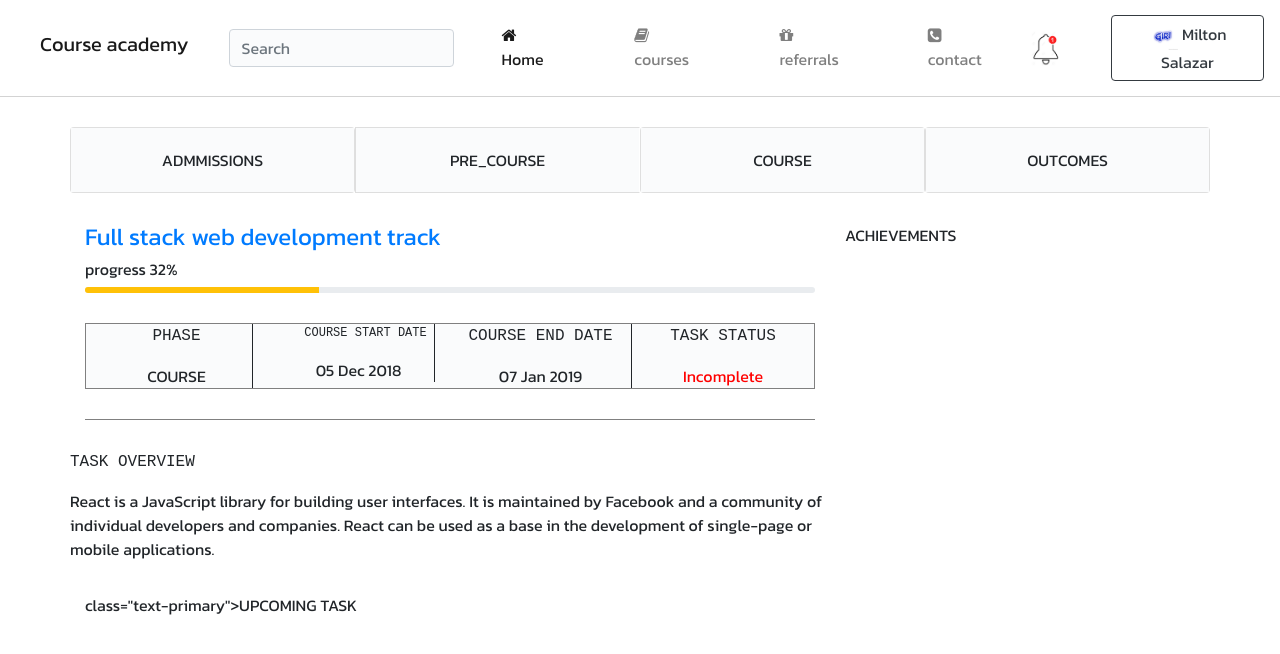
Repository: giribabu1997/html-layout
Page: task.html
The author's editor kept a copy of each file at every save. The page is drawn from the files as they stood at one save, then again after a run of saves.
The browser window is 1280 px wide. The pictures show the whole page.
Some web fonts or font styles are not loaded; a fallback is used.

Above is the page before, as saved 2019-06-25 21:46:03.

After the next 2 saves:
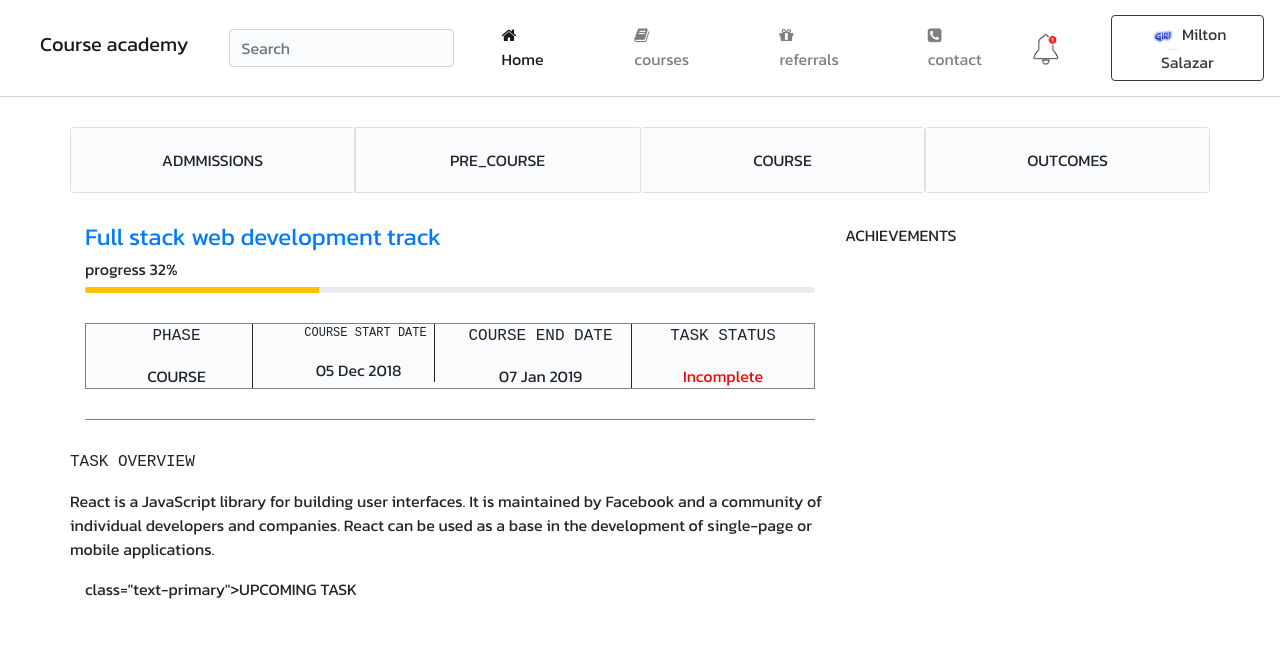
The 2 saves are shown as one change because they came seconds apart.
The last was saved 11 s later.
--- a/task.html
+++ b/task.html
@@ -150,7 +150,7 @@
                         of single-page or mobile applications.</p>
                 </div>
                 <div class="">
-                        <p ></p>class="text-primary">UPCOMING TASK</p>
+                        <p>class="text-primary">UPCOMING TASK</p>
                 </div>
             </div>
             <div class="col-4">
